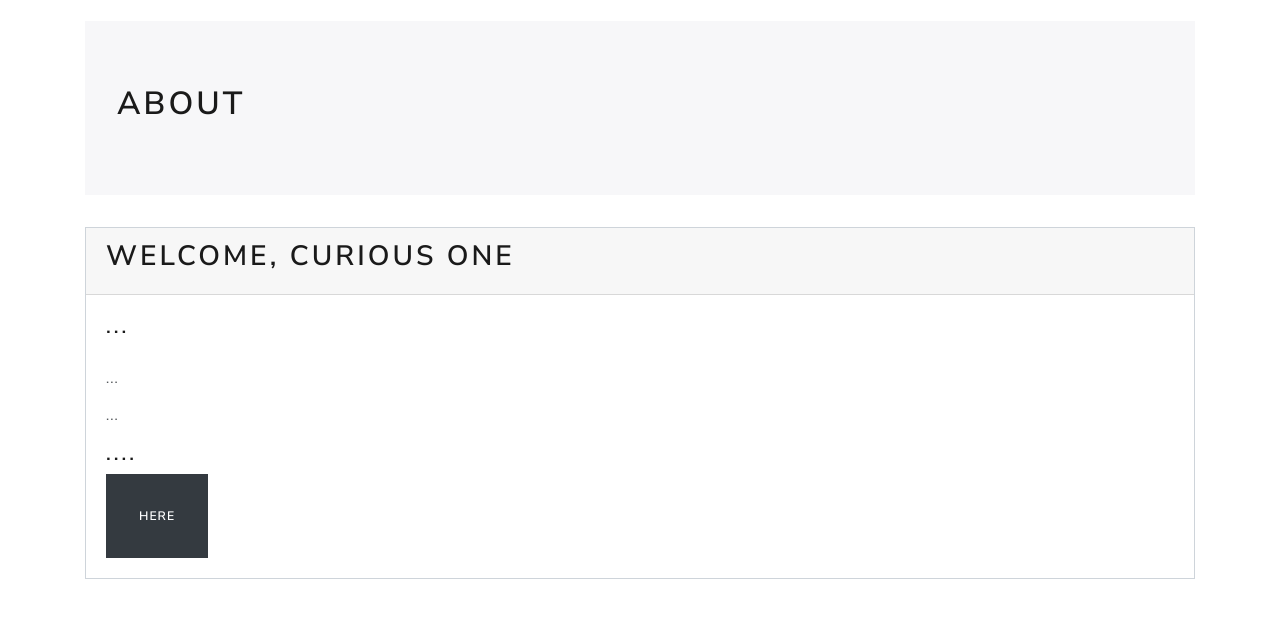
Repository: noctuakitty/kittycastillowilshire
Page: /aboutpage (app in client/)
These files come from the project's save history. The page is drawn as it stood at one moment and after the next save; the edit follows.
The browser window is 1280 px wide. The pictures show the whole page.
Some web libraries are served in a nearby version. The project was rebuilt for these pictures with package versions that can differ from the ones it lists, and the page was loaded fresh each time. Also part of the build but not shown: client/src/components/jumbotrons/HomeJumbotron.js, client/src/components/cards/HomeCard.js, client/src/components/pages/HomePage.js.

Above is the page before, as saved 2022-06-07 00:59:32.

### client/public/index.html
<!DOCTYPE html>
<html lang="en">
  <head>
    <meta charset="utf-8" />
    <link rel="icon" href="%PUBLIC_URL%/favicon.ico" />
    <meta name="viewport" content="width=device-width, initial-scale=1" />
    <meta name="theme-color" content="#000000" />
    <meta
      name="description"
      content="Web site created using create-react-app"
    />
    <link rel="apple-touch-icon" href="%PUBLIC_URL%/logo192.png" />
    <!--
      manifest.json provides metadata used when your web app is installed on a
      user's mobile device or desktop. See https://developers.google.com/web/fundamentals/web-app-manifest/
    -->
    <link rel="manifest" href="%PUBLIC_URL%/manifest.json" />
    <!--
      Notice the use of %PUBLIC_URL% in the tags above.
      It will be replaced with the URL of the `public` folder during the build.
      Only files inside the `public` folder can be referenced from the HTML.

      Unlike "/favicon.ico" or "favicon.ico", "%PUBLIC_URL%/favicon.ico" will
      work correctly both with client-side routing and a non-root public URL.
      Learn how to configure a non-root public URL by running `npm run build`.
    -->
    <title>React App</title>
  </head>
  <body>
    <noscript>You need to enable JavaScript to run this app.</noscript>
    <div id="root"></div>
    <!--
      This HTML file is a template.
      If you open it directly in the browser, you will see an empty page.

      You can add webfonts, meta tags, or analytics to this file.
      The build step will place the bundled scripts into the <body> tag.

      To begin the development, run `npm start` or `yarn start`.
      To create a production bundle, use `npm run build` or `yarn build`.
    -->
  </body>
  <link rel="stylesheet" href="https://cdn.jsdelivr.net/npm/bootswatch@4.5.2/dist/lux/bootstrap.min.css" integrity="sha384-9+PGKSqjRdkeAU7Eu4nkJU8RFaH8ace8HGXnkiKMP9I9Te0GJ4/km3L1Z8tXigpG" crossorigin="anonymous">
  <script src="https://cdn.jsdelivr.net/npm/bootstrap@5.0.2/dist/js/bootstrap.bundle.min.js" integrity="sha384-MrcW6ZMFYlzcLA8Nl+NtUVF0sA7MsXsP1UyJoMp4YLEuNSfAP+JcXn/tWtIaxVXM" crossorigin="anonymous"></script>
  <script src="https://cdnjs.cloudflare.com/ajax/libs/prop-types/15.6.0/prop-types.js"></script>
  <script src="https://code.jquery.com/jquery-3.3.1.slim.min.js" integrity="sha384-q8i/X+965DzO0rT7abK41JStQIAqVgRVzpbzo5smXKp4YfRvH+8abtTE1Pi6jizo" crossorigin="anonymous"></script>
</html>

### client/src/App.js
import React from 'react';
import {
  BrowserRouter,
  Routes,
  Route
} from "react-router-dom";
import HomePage from './components/pages/HomePage';
import AboutPage from './components/pages/AboutPage';

const App = () => {
  return (
    <div className='App'>
      <BrowserRouter>
        <div className="App">
          <Routes>
            <Route exact path="/" element={<HomePage />} />
            <Route path="/aboutpage" element={<AboutPage />} />
          </Routes>
        </div>
      </BrowserRouter>
    </div>
  );
}

export default App;

### client/src/components/pages/AboutPage.js
import React, { Component } from 'react';
import AboutJumbotron from '../jumbotrons/AboutJumbotron';
import AboutCard from '../cards/AboutCard';

class AboutPage extends Component {
    render() {
        return (
            <div>
                <br></br>
                <AboutJumbotron />
                <AboutCard />
                <br></br>
            </div>
        )
    }
}

export default AboutPage;

### client/src/components/jumbotrons/AboutJumbotron.js
import React from 'react';

function AboutJumbotron() {
    return (
        <div>
            <div className="container">
                <div className="row">
                    <div className="col">
                        <div className="jumbotron">
                            <h1>About</h1>
                        </div>
                    </div>
                </div>
            </div>
        </div>
    )
}

export default AboutJumbotron;

### client/src/components/cards/AboutCard.js
import React from 'react';
import { AboutButton } from '../buttons/AboutButton';

function AboutCard() {
    return (
        <div className="container">
            <div className="row">
                <div className="col-12">
                    <div className="card border-secondary mb-3">
                        <div className="card-header">
                            <h2 className="header-one">
                                Welcome, Curious One
                            </h2>
                        </div>
                        <div className="card-body">
                            <h4>
                                ...
                            </h4>
                            <br></br>
                            <p>
                            ...
                            </p>
                            <p>
                            ...
                            </p>
                            <h4>
                               ....
                            </h4>
                            <AboutButton />
                        </div>
                    </div>
                </div>
            </div>
        </div>
    )
}

export default AboutCard;

### client/src/components/buttons/AboutButton.js
import React from 'react';
import { Button } from 'react-bootstrap';

export const AboutButton = () => {
    return (
        <div className="button">
            <Button href="../pages/AboutPage" className="btn btn-dark btn-lg">HERE</Button>
        </div>
    );
};

Loaded but not shown: client/src/index.js (common file); client/src/index.css (common file); client/src/reportWebVitals.js (common file)

After the next save:
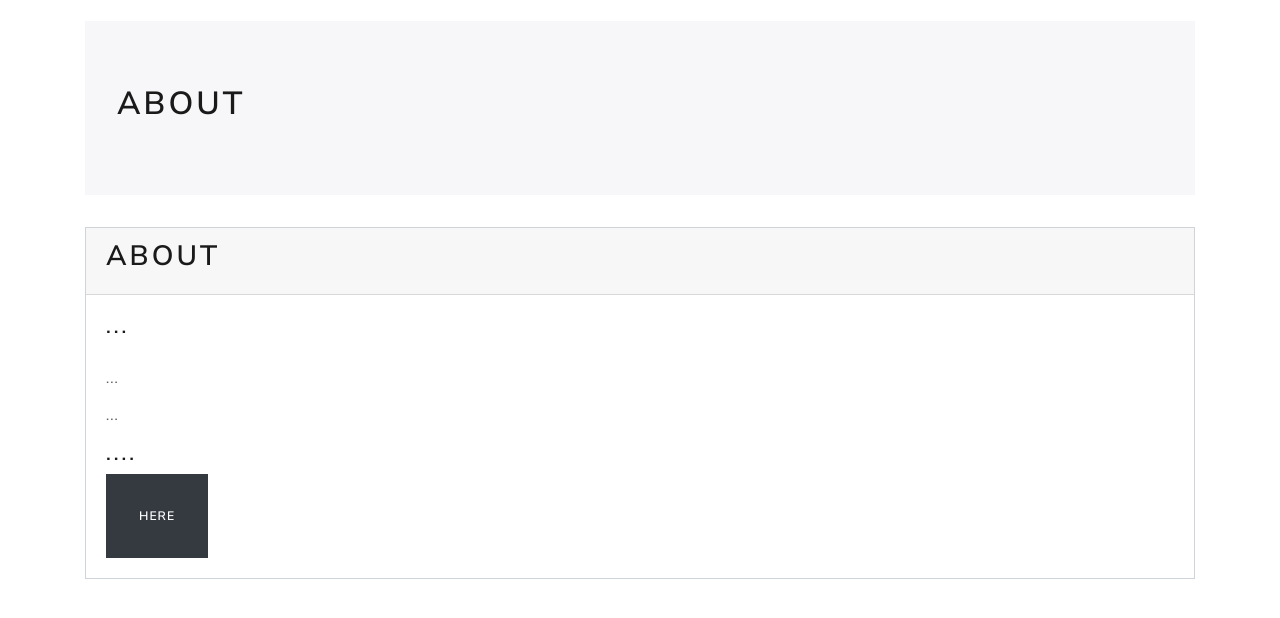
Saved 19 s later.
--- a/client/src/components/cards/AboutCard.js
+++ b/client/src/components/cards/AboutCard.js
@@ -9,7 +9,7 @@ function AboutCard() {
                     <div className="card border-secondary mb-3">
                         <div className="card-header">
                             <h2 className="header-one">
-                                Welcome, Curious One
+                                About
                             </h2>
                         </div>
                         <div className="card-body">
